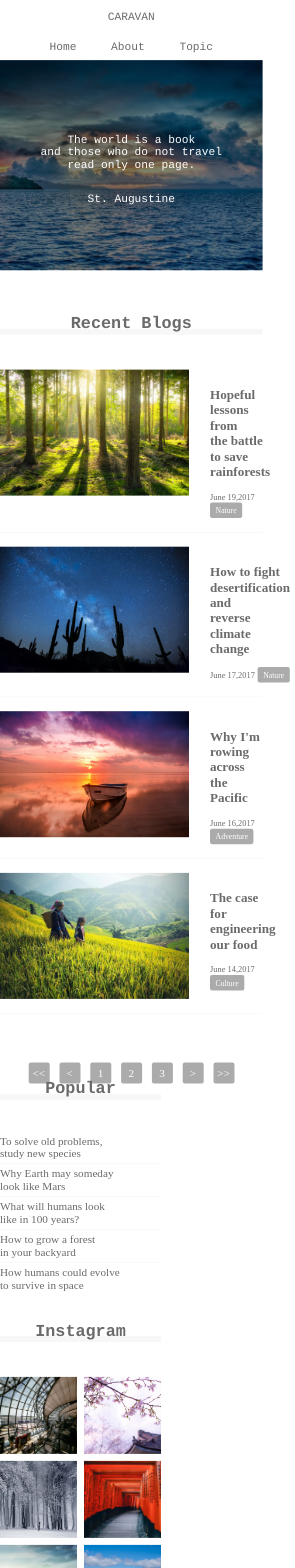
Repository: Kaori199701/-1
Page: caravan/index.html
The author's editor kept a record of every edit. The page is drawn from the files as they stood at one moment, then again after the next edit.
The browser window is 375 px wide. The page is 414 px wide, then 422 px, so the pictures cover 422 px, including what lies to the right of the window. The pictures show the part of the page from y = 0 to 2240 px (the page is 2882 px tall before and 2916 px after), at 70% of full size.
Some web libraries are served in a nearby version.

Above is the page before.

After the next edit:
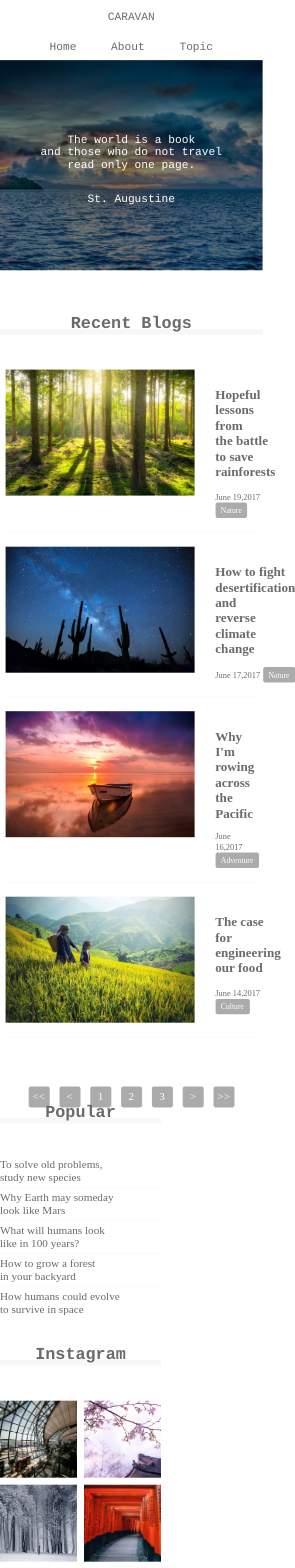
The edit:
--- a/caravan/style.css
+++ b/caravan/style.css
@@ -266,4 +266,145 @@
     width: 100%;
     margin: 0;
   }
-}
+
+.blog-box {
+  padding-left: 2%;
+  padding-right: 2%;
+}
+
+.blog-item {
+  padding-bottom: 20px;
+  margin-bottom: 20px;
+  border-bottom: 1px solid #f7f7f7;
+  display: flex; /* Flexboxの利用 */
+  justify-content: flex-start;
+}
+
+.blog-image{
+  height: 180px;
+}
+
+.blog-text {
+  padding: 25px 0 0 30px;
+}
+
+.blog-text-heading {
+  padding-bottom: 15px;
+}
+
+.blog-date {
+  font-size: 12px;
+  display: inline-block;
+}
+
+.category {
+  display: inline-block;
+  padding: 5px 8px;
+  background-color: #acabab;
+  border-radius: 3px;
+  color: #fff;
+  font-size: 11px;
+}
+
+.pagination {
+  text-align: center;
+  padding-top: 50px;
+}
+
+.pagination p {
+  display: inline-block;
+  width: 30px;
+  height: 30px;
+  margin: 0 5px;
+  color: #fff;
+  background-color: #acabab;
+  border-radius: 3px;
+  line-height: 30px;
+}
+
+
+.sidebar {
+  width: 230px;
+}
+
+.common-heading {
+  border-bottom: 8px solid #f7f7f7;
+  text-align: center;
+  line-height: 0.6;
+}
+
+.sidebar-contents {
+  padding: 50px 0;
+}
+
+.popular-text,
+.categories-text {
+  padding-bottom: 5px;
+  border-bottom: 1px solid #f7f7f7;
+  margin-bottom: 5px;
+}
+
+.popular-text:last-child,
+.categories-text:last-child {
+  margin: 0;
+  padding: 0;
+  border: none;
+}
+
+.instagram .sidebar-contents {
+  display: flex;
+  flex-wrap: wrap;
+}
+
+.instagram-box {
+  width: 110px;
+  padding-top: 110px;
+  background-size: cover;
+  background-position: center;
+  margin-bottom: 10px;
+}
+
+.instagram-box:nth-child(odd) {
+  margin: 0 10px 10px 0;
+}
+
+.instagram-box:nth-child(1) {
+  background-image: url(img/airport.jpg);
+}
+
+.instagram-box:nth-child(2) {
+  background-image: url(img/japan.jpg);
+}
+
+.instagram-box:nth-child(3) {
+  background-image: url(img/snow.jpg);
+}
+
+.instagram-box:nth-child(4) {
+  background-image: url(img/japan2.jpg);
+}
+
+.instagram-box:nth-child(5) {
+  background-image: url(img/lake.jpg);
+}
+
+.instagram-box:nth-child(6) {
+  background-image: url(img/road.jpg);
+}
+
+
+
+footer {
+  width: 100%; /* 横幅いっぱい */
+  height: 120px; /* 高さ120px */
+  text-align: center;
+  line-height: 120px;
+  background-color: #848282;
+}
+
+.footer-text {
+  color: #fff;
+}
+
+
+}
